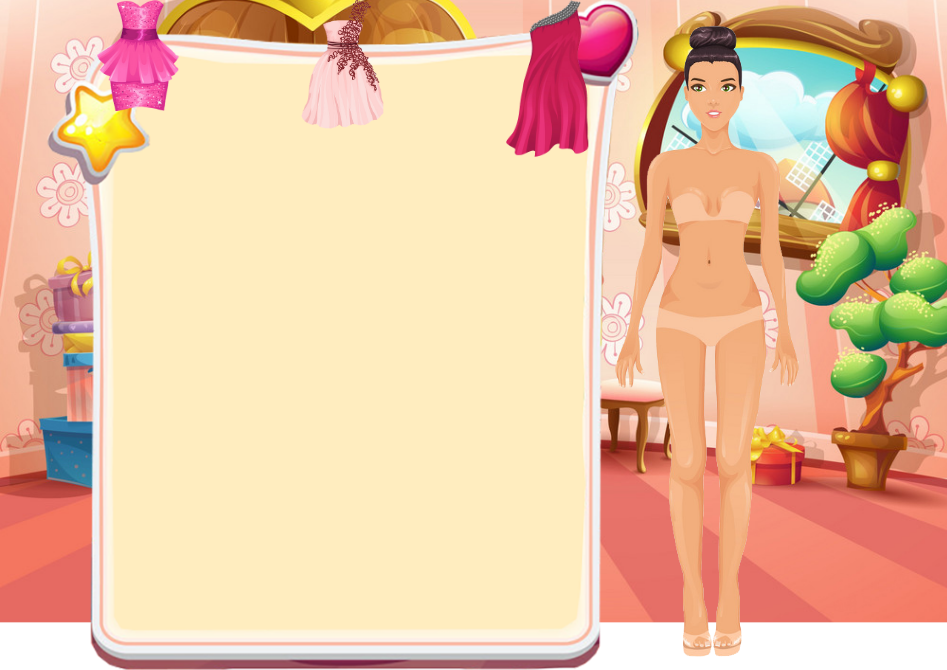
Repository: bunbubam/GameThayDoReactjs_NguyenKhacNghia
Page: /
An editor plug-in stored every save of this project. The page is shown before and after the next save, followed by the edit.
The browser window is 1280 px wide. The pictures show the whole page, at 74% of full size.
The project was rebuilt for these pictures with package versions that can differ from the ones it lists, and the page was loaded fresh each time.

Above is the page before, as saved 2022-03-30 15:51:46.

### public/index.html
<!doctype html>
<html lang="en">
  <head>
    <title>GameThaydo</title>
    <!-- Required meta tags -->
    <meta charset="utf-8">
    <meta name="viewport" content="width=device-width, initial-scale=1, shrink-to-fit=no">

    <!-- Bootstrap CSS -->
    <link rel="stylesheet" href="https://stackpath.bootstrapcdn.com/bootstrap/4.3.1/css/bootstrap.min.css" integrity="sha384-ggOyR0iXCbMQv3Xipma34MD+dH/1fQ784/j6cY/iJTQUOhcWr7x9JvoRxT2MZw1T" crossorigin="anonymous">
  </head>
  <body>
    <div id="root"></div>
    <!-- Optional JavaScript -->
    <!-- jQuery first, then Popper.js, then Bootstrap JS -->
    <script src="https://code.jquery.com/jquery-3.3.1.slim.min.js" integrity="sha384-q8i/X+965DzO0rT7abK41JStQIAqVgRVzpbzo5smXKp4YfRvH+8abtTE1Pi6jizo" crossorigin="anonymous"></script>
    <script src="https://cdnjs.cloudflare.com/ajax/libs/popper.js/1.14.7/umd/popper.min.js" integrity="sha384-UO2eT0CpHqdSJQ6hJty5KVphtPhzWj9WO1clHTMGa3JDZwrnQq4sF86dIHNDz0W1" crossorigin="anonymous"></script>
    <script src="https://stackpath.bootstrapcdn.com/bootstrap/4.3.1/js/bootstrap.min.js" integrity="sha384-JjSmVgyd0p3pXB1rRibZUAYoIIy6OrQ6VrjIEaFf/nJGzIxFDsf4x0xIM+B07jRM" crossorigin="anonymous"></script>
  </body>
</html>

### src/App.js
import logo from './logo.svg';
import './App.css';
import Dress from './gamethaydo/dress';

function App() {
  return (
    <Dress></Dress>
  );
}

export default App;

### src/App.css
body {
    background: url(gamethaydo/images/dress-room.jpg) no-repeat;
    background-position: 50% 53%;
    background-size: cover;
}
.dress-main .row {height: 100vh;}
.girl img {
    position: absolute;
    bottom: 2%;
    left: 30%;
}
.clothing-box {
    background: url(gamethaydo/images/box.png) no-repeat;
    background-position: 50% 50%;
    background-size: cover;
    width: 800px;
    height: 905px;
}
.clothing-item img {width: 45%;}

### src/gamethaydo/dress.js
import React, {Component} from 'react';
import Girl from './images/girl.png';
import Clothing1 from './images/trangphuc1.png';
import Clothing2 from './images/trangphuc2.png';
import Clothing3 from './images/trangphuc3.png';
import Clothing4 from './images/trangphuc4.png';
import Clothing5 from './images/trangphuc5.png';
import Clothing6 from './images/trangphuc6.png';
import Clothing7 from './images/trangphuc7.png';
import Clothing8 from './images/trangphuc8.png';
import Clothing9 from './images/trangphuc9.png';
import Clothing10 from './images/trangphuc10.png';

class Dress extends Component {
    state = {
        girl : Girl,
        clothing : Girl

    }
changeClothing = (imgs) => {
        return(
            this.setState({
                clothing : imgs
            })
        )
    }
    render() {
        return(
            <div className='container-fluid'>
                <div className='dress-main'>
                    <div className='row'>
                        <div className='col-12 col-xl-6 block-left'>
                            <div className='clothing-box ml-md-5'>
                                <div className='row position-relative'>
                                    <div className='col-12 col-xl-4'>
                                        <div className='clothing-item d-flex flex-direction-row justify-content-center align-items-center'>
                                            <img onClick={()=>this.changeClothing(Clothing1)} src={require('./images/trangphuc1.png')} className='img-fluid'/>
                                        </div>
                                    </div>
                                    <div className='col-12 col-xl-4'>
                                        <div className='clothing-item d-flex flex-direction-row justify-content-center align-items-center'>
                                            <img onClick={()=>this.changeClothing(Clothing2)} src={require('./images/trangphuc2.png')} className='img-fluid'/>
                                        </div>
                                    </div>
                                    <div className='col-12 col-xl-4'>
                                        <div className='clothing-item d-flex flex-direction-row justify-content-center align-items-center'>
                                            <img onClick={()=>this.changeClothing(Clothing3)} src={require('./images/trangphuc3.png')} className='img-fluid'/>
                                        </div>
                                    </div>
                                </div>
                            </div>
                        </div>
                        <div className='col-12 col-xl-6 block-right position-relative'>
                            <div className='girl'>
                                <img src={this.state.girl} className='img-fluid'/>
                                <img src={this.state.clothing} className='img-fluid'/>
                            </div>
                        </div>
                    </div>
                </div>
            </div>
        )
    };
}
export default Dress;

Loaded but not shown: src/index.js (common file); src/index.css (common file); src/reportWebVitals.js (common file)

After the next save:
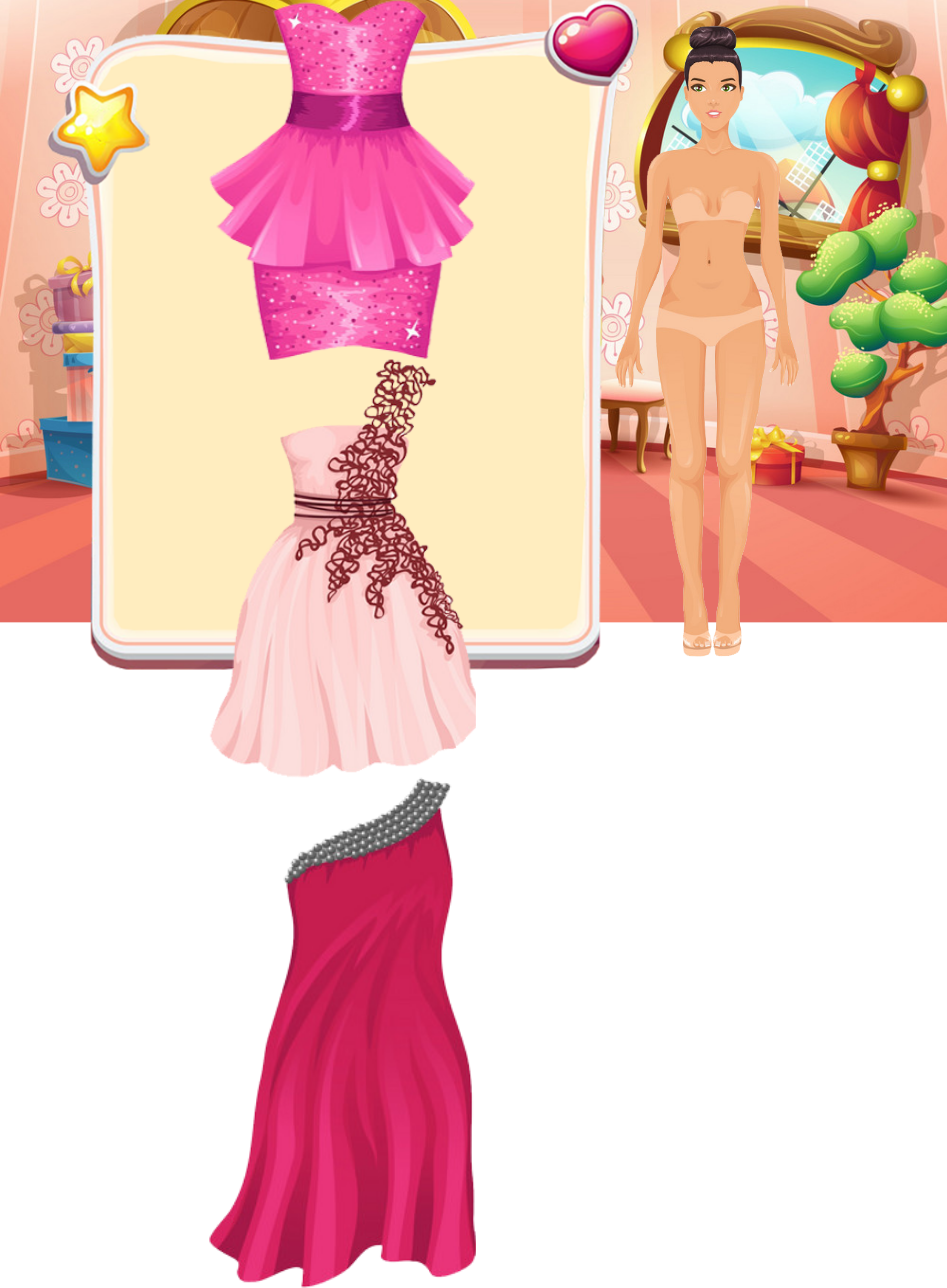
Saved 38 s later.
--- a/src/gamethaydo/dress.js
+++ b/src/gamethaydo/dress.js
@@ -30,23 +30,15 @@ changeClothing = (imgs) => {
                 <div className='dress-main'>
                     <div className='row'>
                         <div className='col-12 col-xl-6 block-left'>
-                            <div className='clothing-box ml-md-5'>
-                                <div className='row position-relative'>
-                                    <div className='col-12 col-xl-4'>
-                                        <div className='clothing-item d-flex flex-direction-row justify-content-center align-items-center'>
-                                            <img onClick={()=>this.changeClothing(Clothing1)} src={require('./images/trangphuc1.png')} className='img-fluid'/>
-                                        </div>
-                                    </div>
-                                    <div className='col-12 col-xl-4'>
-                                        <div className='clothing-item d-flex flex-direction-row justify-content-center align-items-center'>
-                                            <img onClick={()=>this.changeClothing(Clothing2)} src={require('./images/trangphuc2.png')} className='img-fluid'/>
-                                        </div>
-                                    </div>
-                                    <div className='col-12 col-xl-4'>
-                                        <div className='clothing-item d-flex flex-direction-row justify-content-center align-items-center'>
-                                            <img onClick={()=>this.changeClothing(Clothing3)} src={require('./images/trangphuc3.png')} className='img-fluid'/>
-                                        </div>
-                                    </div>
+                            <div className='clothing-box position-relative ml-md-5'>
+                                <div className='clothing-item d-flex flex-direction-row justify-content-center align-items-center'>
+                                    <img onClick={()=>this.changeClothing(Clothing1)} src={require('./images/trangphuc1.png')} className='img-fluid'/>
+                                </div>
+                                <div className='clothing-item d-flex flex-direction-row justify-content-center align-items-center'>
+                                    <img onClick={()=>this.changeClothing(Clothing2)} src={require('./images/trangphuc2.png')} className='img-fluid'/>
+                                </div>
+                                <div className='clothing-item d-flex flex-direction-row justify-content-center align-items-center'>
+                                    <img onClick={()=>this.changeClothing(Clothing3)} src={require('./images/trangphuc3.png')} className='img-fluid'/>
                                 </div>
                             </div>
                         </div>
